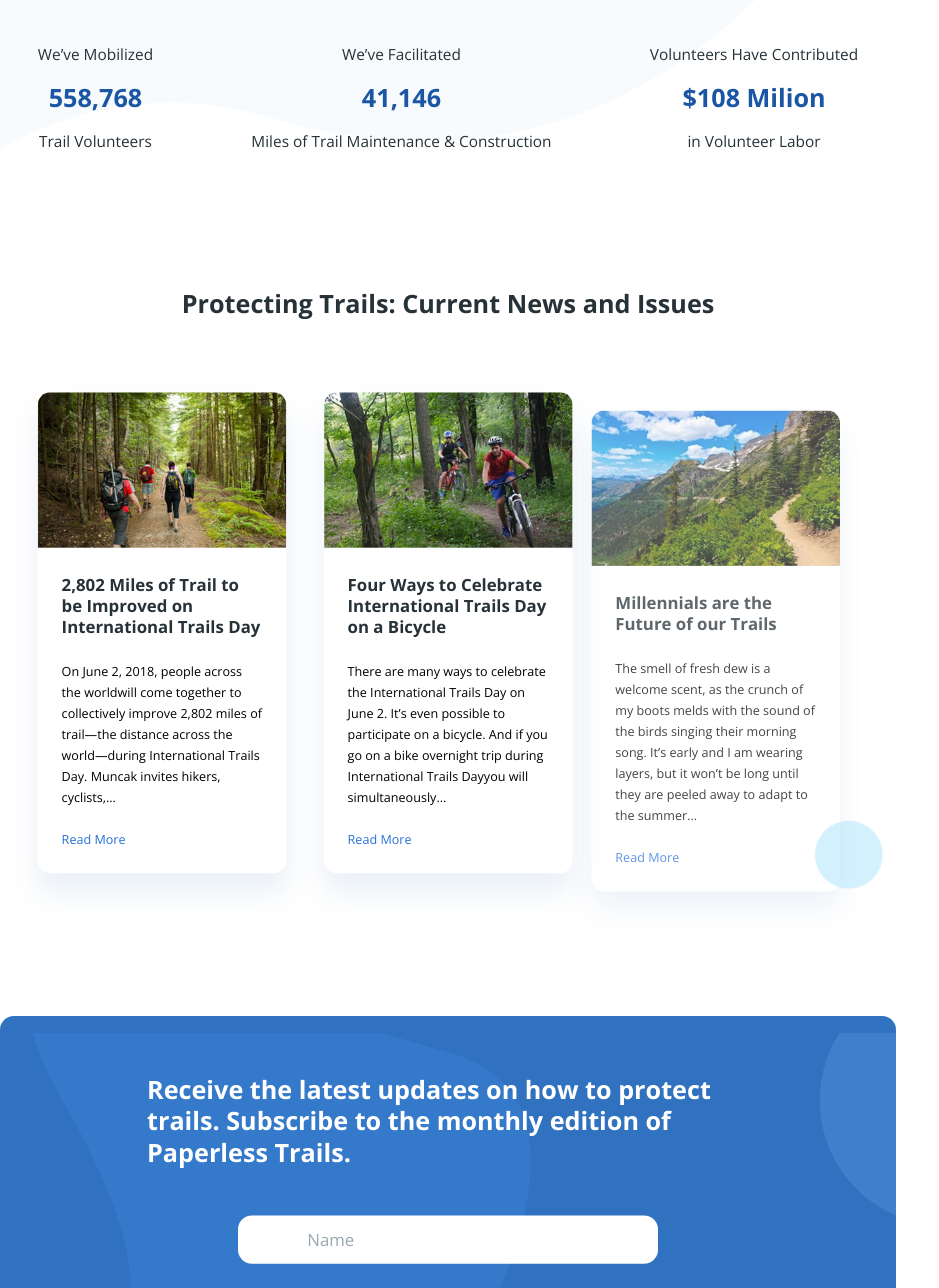
Repository: huubinh98/Project
Page: muncak/index.html
These files come from the project's save history. The page is drawn as it stood at one moment and after the next save; the edit follows.
The browser window is 1280 px wide. The page is 1341 px wide, so the pictures cover 1341 px, including what lies to the right of the window. The pictures show the part of the page from y = 3058 to 4898 px (the page is 5824 px tall), at 70% of full size.

Above is the page before, as saved 2021-08-29 01:07:12.

### muncak/index.html
<!DOCTYPE html>
<html lang="en">

<head>
    <meta charset="UTF-8">
    <meta http-equiv="X-UA-Compatible" content="IE=edge">
    <meta name="viewport" content="width=device-width, initial-scale=1.0">
    <link rel="stylesheet" href="./style.css">
    <link href="https://unpkg.com/aos@2.3.1/dist/aos.css" rel="stylesheet">
    <link rel="preconnect" href="https://fonts.googleapis.com">
    <link rel="preconnect" href="https://fonts.gstatic.com" crossorigin>
    <link href="https://fonts.googleapis.com/css2?family=Open+Sans:wght@300;400;600;700&display=swap" rel="stylesheet">
    <title>Muncak</title>
</head>

<body>
    <header class="header">
        <div class="container header-nav">
            <h1 class="logo"><a href="" class="logo-link"><img src="./image/Muncak.png" alt="" class="logo-img"></a>
            </h1>
            <ul class="nav-list">
                <li class="nav-item">
                    <a href="" class="nav-item-link">Home</a>
                </li>
                <li class="nav-item">
                    <a href="" class="nav-item-link">Go Hiking</a>
                </li>
                <li class="nav-item">
                    <a href="" class="nav-item-link">About</a>
                </li>
                <li class="nav-item">
                    <a href="" class="nav-item-link nav-highlight">Login</a>
                </li>
            </ul>
        </div>
        <div class="container-small">
            <h1 class="heading-banner">Lets get the top of Moutain</h1>
            <p class="heading-desc">Here is the hiking information you need to decide
                if it is right for you, and to make it more interesting,
                enjoyable, and safe.</p>
            <a href="#" class="btn"> Get Started</a>
        </div>
    </header>
    <section class="about">
        <div class="container-small about-wrap">
            <h2 class="heading-name hearding-name-about" data-aos="fade-up" data-aos-anchor-placement="center-center"  data-aos-easing="linear" data-aos-duration="1000">We envision a world where everyone
                has permanent access to a hiking trail</h2>
            <div class="about-item">
                <img src="./image/loa.png" alt="loa" class="about-img">
                <div class="about-content" data-aos="fade-up-right" data-aos-anchor-placement="center-center" data-aos-easing="linear" data-aos-duration="1000">
                    <h4 class="about-content-heading">Advocate</h4>
                    <p class="about-content-desc">We work with Congress, Federal agencies, and partners on policy issues
                        and legislation to ensure funding for trails, preservation of natural areas, and protection of
                        the hiking experience.</p>
                </div>
            </div>
            <div class="about-item">
                <img src="./image/bantay.png" alt="loa" class="about-img">
                <div class="about-content" data-aos="fade-up-left" data-aos-anchor-placement="center-center" data-aos-easing="linear" data-aos-duration="1000">
                    <h4 class="about-content-heading">Volunteer </h4>
                    <p class="about-content-desc">Trails don't maintain themselves. Individuals of any age and
                        experience level can become trail stewards. Give back to the trails you love, meet new people,
                        and enjoy the experience!</p>
                </div>
            </div>
            <div class="about-item">
                <img src="./image/nui.png" alt="loa" class="about-img">
                <div class="about-content" data-aos="fade-up-right" data-aos-anchor-placement="center-center" data-aos-easing="linear" data-aos-duration="1000" data-aos-delay="300">
                    <h4 class="about-content-heading">Explore</h4>
                    <p class="about-content-desc">Feel confident when you set out on your next trail adventure. Check
                        out our free hiking resources like tips for hiking with families, gear checklists, finding the
                        best trail for you.</p>
                </div>
            </div>
            <a href="" class="btn btn-about">Lean more</a>
        </div>
        <div class="container-small about-customer">
            <h2 class="heading-name" data-aos="fade-up" data-aos-anchor-placement="center-center"  data-aos-easing="linear" data-aos-duration="1000">With the support of our members, and partners, we've improved trail access for
                millions of people</h2>
            <div class="customer-content">
                <p class="customer-text">We’ve Mobilized <span>558,768</span> Trail Volunteers</p>
                <p class="customer-text">We’ve Facilitated <span>41,146</span>
                    Miles of Trail Maintenance & Construction</p>
                <p class="customer-text">Volunteers Have Contributed <span>$108 Milion</span> in Volunteer Labor</p>
            </div>
        </div>
    </section>

    <!-- -----------new--------------- -->
    <section class="new">
        <div class="container-small">
            <h2 class="heading-name" data-aos="fade-up" data-aos-anchor-placement="center-center"  data-aos-easing="linear" data-aos-duration="1000">Protecting Trails: Current News and Issues</h2>
            <div class="new-content">
                <div class="new-item" data-aos="fade-up-right" data-aos-anchor-placement="center-center" data-aos-easing="linear" data-aos-duration="1000">
                    <a href="#" class="new-item-picture">
                        <img src="./image/pic1.jpg" alt="pic1" class="new-item-img">
                    </a>
                    <div class="new-item-text">
                        <h3 class="new-item-name">2,802 Miles of Trail to be Improved on International Trails Day</h3>
                        <p class="new-item-desc">On June 2, 2018, people across the worldwill come together to
                            collectively improve 2,802 miles of trail—the distance across the world—during International
                            Trails Day. Muncak invites hikers, cyclists,…</p>
                        <a href="#" class="new-item-link">Read More</a>
                    </div>
                </div>
                <div class="new-item" data-aos="fade-up-right" data-aos-anchor-placement="center-center" data-aos-easing="linear" data-aos-duration="1000" data-aos-delay="1000">
                    <a href="#" class="new-item-picture">
                        <img src="./image/pic2.jpg" alt="pic1" class="new-item-img">
                    </a>
                    <div class="new-item-text">
                        <h3 class="new-item-name">Four Ways to Celebrate International Trails Day on a Bicycle</h3>
                        <p class="new-item-desc">There are many ways to celebrate the International Trails Day on June
                            2. It’s even possible to participate on a bicycle. And if you go on a bike overnight trip
                            during International Trails Dayyou will simultaneously…</p>
                        <a href="#" class="new-item-link">Read More</a>
                    </div>
                </div>
                <div class="new-item" data-aos="fade-up-right" data-aos-anchor-placement="center-center" data-aos-easing="linear" data-aos-duration="1000" data-aos-delay="2000">
                    <a href="#" class="new-item-picture">
                        <img src="./image/pic3.jpg" alt="pic1" class="new-item-img">
                    </a>
                    <div class="new-item-text">
                        <h3 class="new-item-name">Millennials are the Future of our Trails</h3>
                        <p class="new-item-desc">The smell of fresh dew is a welcome scent, as the crunch of my boots
                            melds with the sound of the birds singing their morning song. It’s early and I am wearing
                            layers, but it won’t be long until they are peeled away to adapt to the summer…</p>
                        <a href="#" class="new-item-link">Read More</a>
                    </div>
                </div>
            </div>
        </div>
    </section>

    <div class="contact-footer">
        <div class="container form-contact" data-aos="fade-up" data-aos-anchor-placement="top-center"  data-aos-easing="linear" data-aos-duration="1000">
            <h5 class="contact-heading">Receive the latest updates on how to protect trails.
                Subscribe to the monthly edition of Paperless Trails.</h5>
            <form action="">
                <div class="input-item">
                    <input type="text" placeholder=" " required name="Name" id="" class="form-input">
                    <label for="" class="label-input">Name</label>
                </div>
                <div class="input-item">
                    <input type="text" placeholder=" " required name="Email" id="" class="form-input">
                    <label for="" class="label-input">Email Address</label>
                </div>
                <button type="submit" class="btn btn-contact">Subscribe</button>
            </form>
        </div>
        <footer class="footer container">
            <div class="footer-info">
                <div class="footer-item">
                    <h4 class="footer-item-name">Contact US</h4>
                    <p class="footer-item-desc footer-desc-width">Muncak hiking society
                        8605 Second Ave.
                        Silver Spring, MD 20910</p>
                    <p class="footer-item-desc footer-desc-width">
                        <span>Info@muncak.org</span>
                        <span>1-301-565-6704 (Main)</span>
                        <span>1-800-972-8608 (Toll-free)</span>
                    </p>
                </div>
                <div class="footer-item">
                    <h4 class="footer-item-name">About us</h4>
                    <ul class="footer-item-list">
                        <li class="footer-item-contact">
                            <a href="" class="footer-item-desc">Our Mission</a>
                        </li>
                        <li>
                            <a href="" class="footer-item-desc">Our Team</a>
                        </li>
                        <li>
                            <a href="" class="footer-item-desc">Corporate Sponsors</a>
                        </li>
                        <li>
                            <a href="" class="footer-item-desc">Financials</a>
                        </li>
                        <li>
                            <a href="" class="footer-item-desc">Media Center</a>
                        </li>
                    </ul>
                </div>
                <div class="footer-item">
                    <h4 class="footer-item-name">Our Programs</h4>
                    <ul>
                        <li>
                            <a href="" class="footer-item-desc">Hike The Hill</a>
                        </li>
                        <li>
                            <a href="" class="footer-item-desc">Volunteer Vacations</a>
                        </li>
                        <li>
                            <a href="" class="footer-item-desc">Alternative Break</a>
                        </li>
                    </ul>
                </div>
                <div class="footer-item">
                    <h4 class="footer-item-name">support trails</h4>
                    <ul>
                        <li>
                            <a href="" class="footer-item-desc">Donate</a>
                        </li>
                        <li>
                            <a href="" class="footer-item-desc">Individual Membership</a>
                        </li>
                        <li>
                            <a href="" class="footer-item-desc">Gift membership</a>
                        </li>
                        <li>
                            <a href="" class="footer-item-desc">Hiker Store</a>
                        </li>
                    </ul>
                </div>
                <div class="footer-item">
                    <h4 class="footer-item-name">hiking resources</h4>
                    <ul>
                        <li>
                            <a href="" class="footer-item-desc">Hikes Near You</a>
                        </li>
                        <li>
                            <a href="" class="footer-item-desc">Hiking 101</a>
                        </li>
                        <li>
                            <a href="" class="footer-item-desc">Muncak Blog</a>
                        </li>
                        <li>
                            <a href="" class="footer-item-desc">Hiking Organizations</a>
                        </li>
                    </ul>
                </div>
            </div>
            <ul class="socical">
                <li class="socical-item">
                    <a href="https://www.instagram.com/huubinh.cr/" class="socical-item-link">
                        <img src="./image/instar.png" alt="" class="socical-item-img">
                    </a>
                </li>
                <li class="socical-item">
                    <a href="https://www.facebook.com/huubinh01" class="socical-item-link">
                        <img src="./image/facebook.png" alt="" class="socical-item-img">
                    </a>
                </li>
                <li class="socical-item">
                    <a href="" class="socical-item-link">
                        <img src="./image/tiwer.png" alt="" class="socical-item-img">
                    </a>
                </li>
            </ul>
        </footer>
    </div>

    <script src="https://unpkg.com/aos@2.3.1/dist/aos.js"></script>
    <script>
        AOS.init();
    </script>
</body>

</html>

### muncak/style.css
* {
    margin: 0;
    padding: 0;
    box-sizing: border-box;
}

html {
    font-size: 62.5%;
    line-height: 1.6rem;
    font-family: 'Open Sans', sans-serif;
    scroll-behavior: smooth;
}

ul, li {
    list-style: none;
}

a {
    text-decoration: none;
}

.container {
    max-width: 1404px;
    width: 100%;
    margin: 0 auto;
}

.container-small {
    max-width: 1172px;
    width: 100%;
    margin: 0 auto;
}

.btn {
    font-size: 2rem;
    line-height: 8rem;
    color: #fbfcfc;
    background-color: #2870db;
    border-radius: 40px;
    display: inline-block;
    padding: 0 66px;
    box-shadow: 0 22px 24px rgba(17, 83, 165, 0.21);
    transition: 0.25s ease;
}

.heading-name {
    font-size: 3.6rem;
    line-height: 5rem;
    text-align: center;
    margin: 0 auto;
    color: #263238;
    margin-bottom: 101px;
    max-width: 1000px;
}

.btn:hover {
    background-color: #1153a5;
}

/* ----------------------- */

.header {
    margin: 0 auto;
    max-width: 1900px;
    height: 1026px;
    background-color: white;
    background-image: url(./image/backgroudleft1.png), url(./image/Muncak-Landing-Page.png);
    background-position: left bottom, right top;
    background-repeat: no-repeat, no-repeat;
}

.header-nav {
    display: flex;
    justify-content: space-between;
    padding-top: 85px;
}

.logo{

}
.logo-link{

}
.logo-img{

}
.nav-list{

}
.nav-item{
    display: inline-block;
}
.nav-item-link{
    font-size: 1.8rem;
    font-weight: 400;
    line-height: 3.6rem;
    color: #fff;
    padding: 0 36px;
    display: inline-block;
}

.nav-highlight {
    background-color: #fff;
    color: #14215e;
    border-radius: 14px;
}

.heading-banner {
    font-size: 5rem;
    line-height: 6rem;
    color: #1c2056;
    margin-top: 144px;
    max-width: 400px;
}

.heading-desc {
    font-size: 1.8rem;
    line-height: 4rem;
    color: rgba(45, 32, 88, 0.65);
    max-width: 400px;
    margin-top: 43px;
    margin-bottom: 103px;
}

.btn-heading {
    margin-bottom: 310px;
}


/* -----------about---------------- */
.about {
    margin-top: 158px;
    margin-bottom: 98px;
    background-image: url(./image/backgroudleft2.png), url(./image/Muncak-Landing-Page2.png);
    background-repeat: no-repeat, no-repeat;
    background-position: left bottom, right center;
}

.about-wrap {
    margin-bottom: 105px;
}

.hearding-name-about {
    max-width: 700px;
}

.about-item {
    max-width: 549px;
}

.about-item:nth-child(2n + 1) {
    margin-left: auto;
    margin-top: -150px;
}

.about-item:nth-child(2n + 2) {
    margin-top: -109px;
}

.about-item:first-of-type {
    margin-top: 0;
}

.about-img {
    display: block;
    margin: 0 auto;
    margin-bottom: 63px;
}

.about-content {
    padding: 72px;
    border-radius: 18px;
    background-color: #fff;
    box-shadow: 0 27px 43px rgb(32 94 171 / 10%);
}

.about-content-heading {
    font-size: 2.4rem;
    line-height: 3.6rem;
    color: #263238;
    padding-bottom: 48px;
}

.about-content-desc {
    font-size: 1.8rem;
    line-height: 3.6rem;
    color: #546e7a;
}

.btn-about {
    float: right;
    margin-right: 163px;
    margin-top: -226px;
}

/* -----------customer-------------- */

.about-custumer {
    margin-top: 105px;
}

.customer-content {
    display: flex;
    justify-content: space-between;
}

.customer-text {
    text-align: center;
    font-size: 2.2rem;
    line-height: 2.3rem;
    color: #263238;
}

.customer-text span {
    font-size: 3.6rem;
    display: block;
    color: #1a56a3;
    font-weight: 700;
    line-height: 3.4rem;
    padding: 34px 0;
}

/* --------New-------------- */

.new {
    padding-top: 98px;
    padding-bottom: 102px;
}

.new-content {
    display: flex;
    justify-content: space-between;
    position: relative;
}

.new-content::after {
    content: "";
    position: absolute;
    bottom: -22px;
    right: -35px;
    width: 97px;
    height: 97px;
    border-radius: 50%;
    background-color: rgba(168, 227, 251, 0.5);
}

.new-item {
    border-radius: 18px;
    box-shadow: 0 27px 43px rgb(32 94 171 / 10%);
    max-width: 355px;
    overflow: hidden;
}

.new-item-img {
    height: 222px;
    object-fit: cover;
    width: 100%;
}

.new-item-text {
    padding: 34px;
}

.new-item-name {
    font-size: 2.4rem;
    line-height: 3rem;
    color: #263238;
    padding-bottom: 33px;
}

.new-item-desc {
    font-size: 1.8rem;
    line-height: 3rem;
    padding-bottom: 30px;
}

.new-item-link {
    font-size: 1.8rem;
    line-height: 3rem;
    color: #2870db;
}


/* -----------contact-footer------------ */
.contact-footer {
    padding-top: 102px;
    background: url(./image/backgroudfooter.png) no-repeat bottom;
}

.form-contact {
    padding: 82px 210px 100px;
    background-color: #3072c0;
    background-image: url(./image/backgroudcontact.png);
    background-repeat: no-repeat;
    background-position: left;
    border-radius: 20px;
    position: relative;
}

.form-contact::after {
    content: "";
    position: absolute;
    bottom: 148px;
    right: -61px;
    width: 146px;
    height: 146px;
    border-radius: 50%;
    background-color: rgba(245, 147, 153, 0.5);
}

.contact-heading {
    font-size: 3.6rem;
    line-height: 4.5rem;
    color: #fff;
    padding-bottom: 68px;
}

.input-item {
    position: relative;
}

.form-input {
    display: block;
    max-width: 600px;
    width: 100%;
    margin: 0 auto;
    height: 69px;
    outline: none;
    border: none;
    margin-bottom: 38px;
    border-radius: 20px;
    font-size: 2.4rem;
    line-height: 3.6rem;
    padding: 0 37px;
    color: rgba(84, 110, 122, 0.6);
}

.label-input {
    position: absolute;
    top: 50%;
    transform: translateY(-50%);
    left: 229px;
    font-size: 2.4rem;
    color: rgba(84, 110, 122, 0.6);
    line-height: 2.2rem;
    pointer-events: none;
    user-select: none;
    transition: 0.25s linear;
}

.form-input:not(:placeholder-shown) + .label-input,
.form-input:focus +.label-input {
    top: 0;
    border-radius: 10px;
    padding: 0 10px;
    background-color: #ffffff;
}

.btn-contact {
    height: 80px;
    padding: 0 74px;
    margin: 0 auto;
    display: block;
    line-height: 4rem;
    color: #fbfcfc;
    background-color: #00aeff;
    border: none;
    outline: none;
    border-radius: 40px;
    margin-top: 71px;
    cursor: pointer;
}

.btn-contact:hover {
    background-color: #00a3ef;
}

/* footer info */

.footer-info {
    display: flex;
    justify-content: space-between;
    margin-top: 97px;
}

.footer-item-name{
    font-size: 1.8rem;
    line-height: 3.6rem;
    color: #fff;
    font-weight: 600;
    padding-bottom: 44px;
    text-transform: uppercase;
}

.footer-item-contact {
    padding-bottom: 8px;
}

.footer-item-desc {
    font-size: 1.6rem;
    line-height: 4rem;
    color: #fff;
    padding-bottom: 4px;
}

.footer-item-desc.footer-desc-width {
    max-width: 200px;
    line-height: 3rem;
    padding-bottom: 37px;
}

.socical {
    padding-top: 36px;
    padding-bottom: 86px;
}

.socical-item {
    display: inline-block;
    margin-right: 9px;
}

.socical-item-link {
    display: flex;
    width: 47px;
    height: 47px;
    background-color: #fff;
    border-radius: 50%;
}
.socical-item-img {
    margin: auto;
}

After the next save:
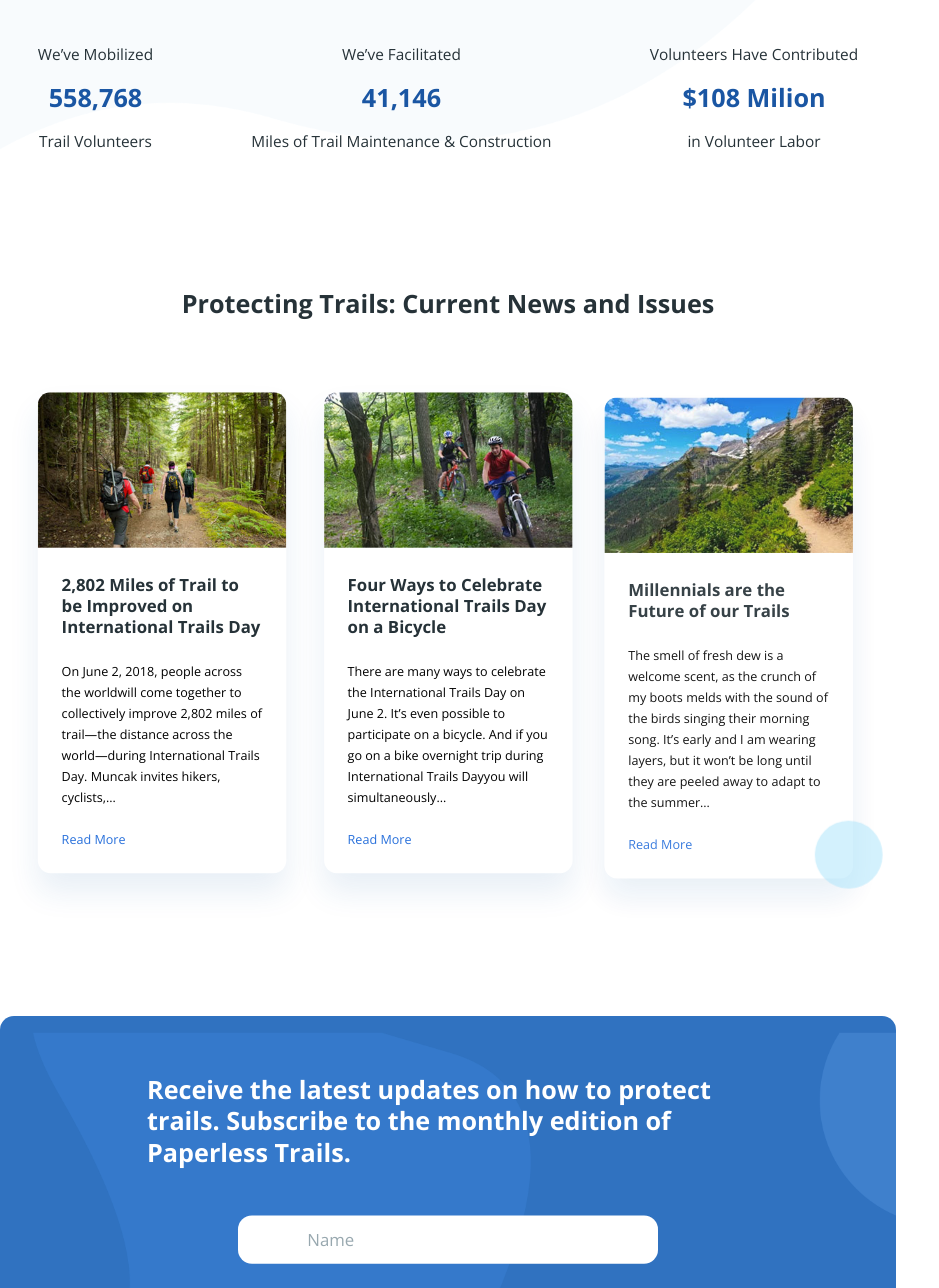
Saved 22 s later.
--- a/muncak/index.html
+++ b/muncak/index.html
@@ -91,7 +91,7 @@
         <div class="container-small">
             <h2 class="heading-name" data-aos="fade-up" data-aos-anchor-placement="center-center"  data-aos-easing="linear" data-aos-duration="1000">Protecting Trails: Current News and Issues</h2>
             <div class="new-content">
-                <div class="new-item" data-aos="fade-up-right" data-aos-anchor-placement="center-center" data-aos-easing="linear" data-aos-duration="1000">
+                <div class="new-item" data-aos="fade-up-right" data-aos-anchor-placement="center-center" data-aos-easing="linear" data-aos-duration="800">
                     <a href="#" class="new-item-picture">
                         <img src="./image/pic1.jpg" alt="pic1" class="new-item-img">
                     </a>
@@ -103,7 +103,7 @@
                         <a href="#" class="new-item-link">Read More</a>
                     </div>
                 </div>
-                <div class="new-item" data-aos="fade-up-right" data-aos-anchor-placement="center-center" data-aos-easing="linear" data-aos-duration="1000" data-aos-delay="1000">
+                <div class="new-item" data-aos="fade-up-right" data-aos-anchor-placement="center-center" data-aos-easing="linear" data-aos-duration="800" data-aos-delay="1000">
                     <a href="#" class="new-item-picture">
                         <img src="./image/pic2.jpg" alt="pic1" class="new-item-img">
                     </a>
@@ -115,7 +115,7 @@
                         <a href="#" class="new-item-link">Read More</a>
                     </div>
                 </div>
-                <div class="new-item" data-aos="fade-up-right" data-aos-anchor-placement="center-center" data-aos-easing="linear" data-aos-duration="1000" data-aos-delay="2000">
+                <div class="new-item" data-aos="fade-up-right" data-aos-anchor-placement="center-center" data-aos-easing="linear" data-aos-duration="800" data-aos-delay="2000">
                     <a href="#" class="new-item-picture">
                         <img src="./image/pic3.jpg" alt="pic1" class="new-item-img">
                     </a>
